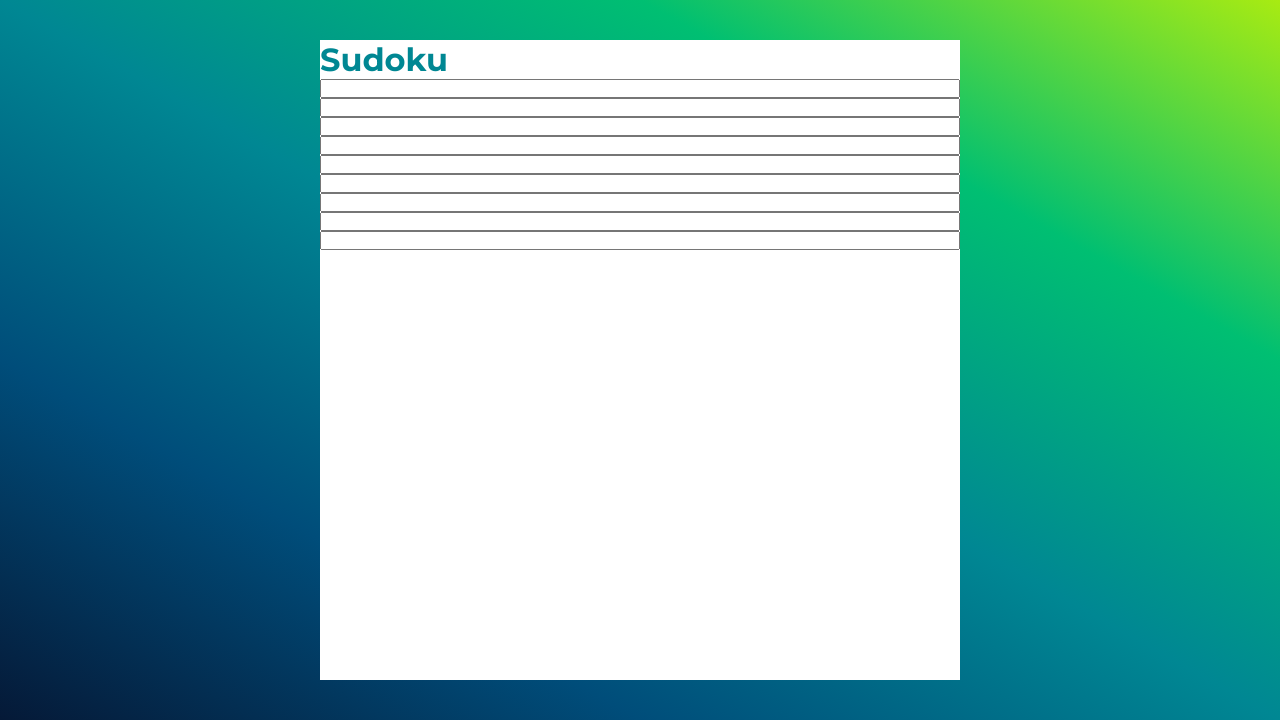
Repository: pattypetrikova/sudoku
Page: index.html
An editor plug-in stored every save of this project. The page is shown before and after the next save, followed by the edit.
The browser window is 1280 px wide. The pictures show the whole page.

Above is the page before, as saved 2022-12-30 10:19:07.

### index.html
<!DOCTYPE html>
<html lang="en">
<head>
    <meta charset="UTF-8">
    <meta http-equiv="X-UA-Compatible" content="IE=edge">
    <meta name="viewport" content="width=device-width, initial-scale=1.0">
    <link rel="stylesheet" href="./assets/style.css">
    <link rel="preconnect" href="https://fonts.googleapis.com">
    <link rel="preconnect" href="https://fonts.gstatic.com" crossorigin>
    <link href="https://fonts.googleapis.com/css2?family=Montserrat:ital,wght@0,700;1,400&display=swap" rel="stylesheet">
    <title>Sudoku</title>
</head>
<body>
    <main class="background">
        <div class="game">
            <div class="head">
                <h1 class="title">Sudoku</h1>
                <div class="buttons"></div>
            </div>
            <div>
                <form class="gameboard" action="">
                    <input class="number" type="text">
                    <input class="number" type="text">
                    <input class="number" type="text">
                    <input class="number" type="text">
                    <input class="number" type="text">
                    <input class="number" type="text">
                    <input class="number" type="text">
                    <input class="number" type="text">
                    <input class="number" type="text">
                </form>
            </div>
            <div class="footer">
                <div class="footer-buttons">

                </div>
            </div>
        </div>
    </main>
</body>
</html>

### assets/style.css
/* simple reset */
* {
    margin: 0;
    padding: 0;
    box-sizing: border-box;
}

/* general styles */
.game {
    font-family: 'Montserrat', sans-serif;
    color: white;
}

/* project styles */

.background {
    background-image: linear-gradient(to right top, #051937, #004d7a, #008793, #00bf72, #a8eb12);
    height: 100vh;
    display: flex;
    align-items: center;
    justify-content: center
}


.game {
    background-color: white;
    min-width: 40em;
    min-height: 40em;
}

.title {
    color: #008793;
}

.gameboard {
    display: grid;

}

After the next save:
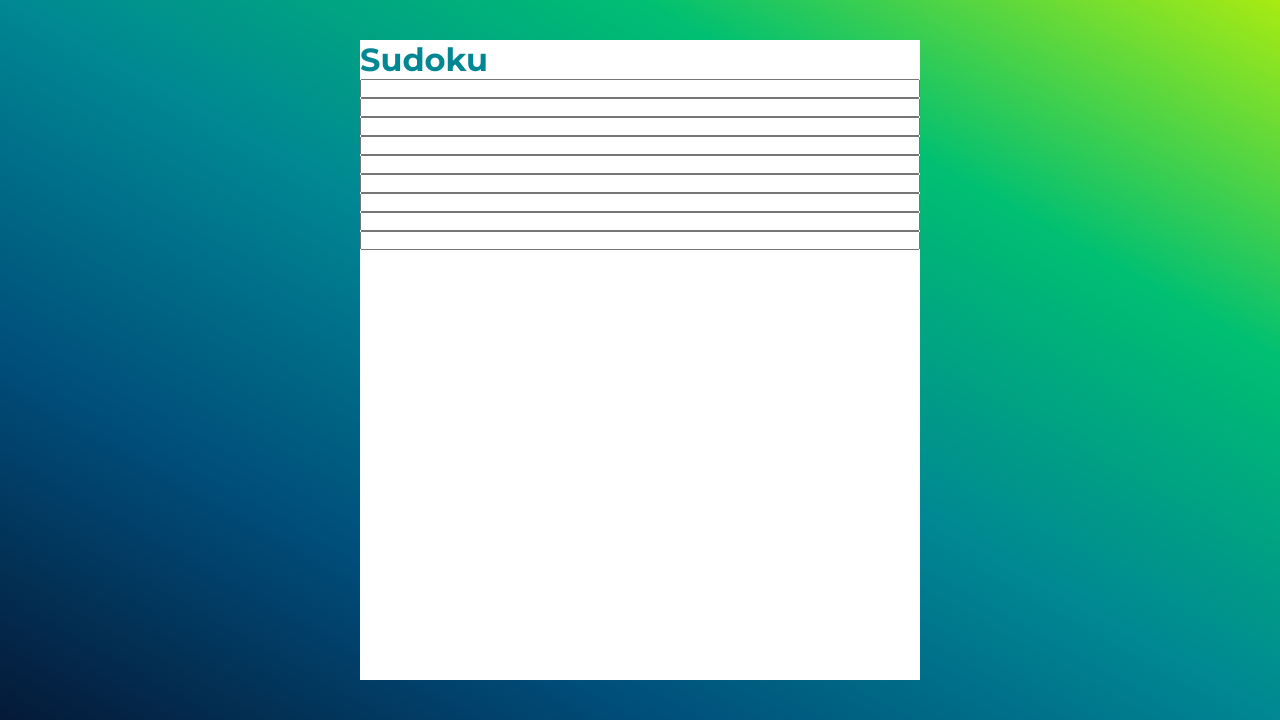
Saved 10 s later.
--- a/assets/style.css
+++ b/assets/style.css
@@ -24,7 +24,7 @@
 
 .game {
     background-color: white;
-    min-width: 40em;
+    min-width: 35em;
     min-height: 40em;
 }
 
